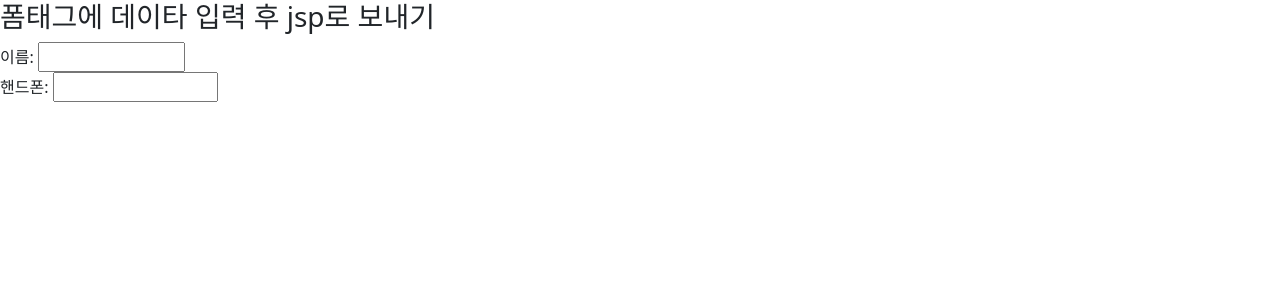
Repository: GANADAG/jspProject
Page: JspProject/src/main/webapp/ajax0305/form_ex1.html
These files come from the project's save history. The page is drawn as it stood at one moment and after the next save; the edit follows.
The browser window is 1280 px wide. The pictures show the whole page.
Some web fonts or font styles are not loaded; a fallback is used.

Above is the page before, as saved 2024-03-05 06:31:46.

### JspProject/src/main/webapp/ajax0305/form_ex1.html
<!DOCTYPE html>
<html>
<head>
<meta charset="UTF-8">
<link href="https://cdn.jsdelivr.net/npm/bootstrap@5.3.2/dist/css/bootstrap.min.css" rel="stylesheet">
<link href="https://fonts.googleapis.com/css2?family=Diphylleia&family=Dongle&family=Noto+Sans+KR:wght@100..900&family=Orbit&family=Stylish&display=swap" rel="stylesheet">
<script src="https://code.jquery.com/jquery-3.7.0.js"></script>
<title>Insert title here</title>
</head>
<body>
	<h3>폼태그에 데이타 입력 후 jsp로 보내기</h3>
	이름: <input type="text" id="name" size="10"></br>
	핸드폰: <input type="text" id="hp" size="12"></br>
</body>
</html>

After the next save:
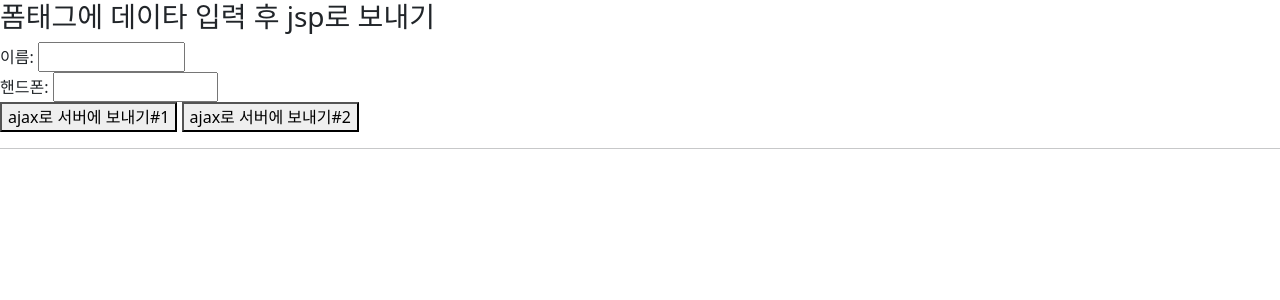
Saved 3 min 34 s later.
--- a/JspProject/src/main/webapp/ajax0305/form_ex1.html
+++ b/JspProject/src/main/webapp/ajax0305/form_ex1.html
@@ -11,5 +11,22 @@
 	<h3>폼태그에 데이타 입력 후 jsp로 보내기</h3>
 	이름: <input type="text" id="name" size="10"></br>
 	핸드폰: <input type="text" id="hp" size="12"></br>
+
+	<button type="button" id="btn1">ajax로 서버에 보내기#1</button>
+	<button type="button" id="btn2">ajax로 서버에 보내기#2</button>
+	<hr>
+	<div id="show"></div>
+
+	<script type="text/javascript">
+		$("#btn1").click(function(){
+			//입력한 값 읽기
+			var name=$("#name").val();
+			var hp=$("#hp").val();;
+
+		var data="name="+name+"&hp="+hp;//방법1
+		alert(data)
+
+		});
+	</script>
 </body>
 </html>
